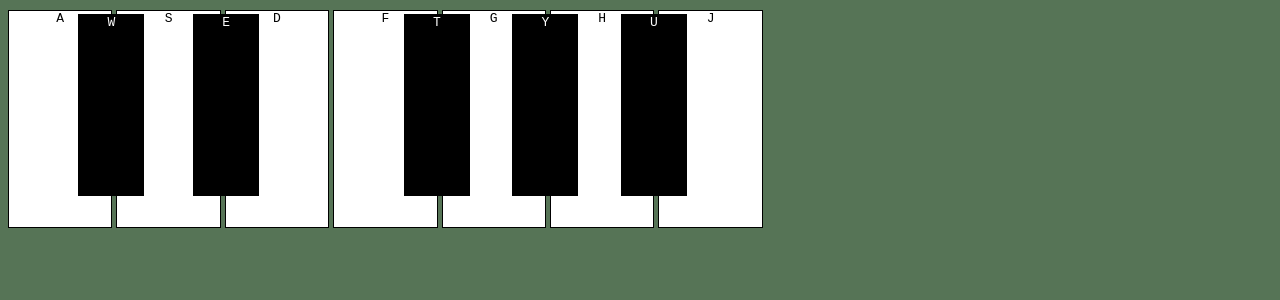
Repository: ctcoleman/Virtual-Piano
Page: index.html
An editor plug-in stored every save of this project. The page is shown before and after a run of saves, followed by the edit.
The browser window is 1280 px wide. The pictures show the whole page.

Above is the page before, as saved 2020-07-20 09:05:33.

After the next 3 saves:
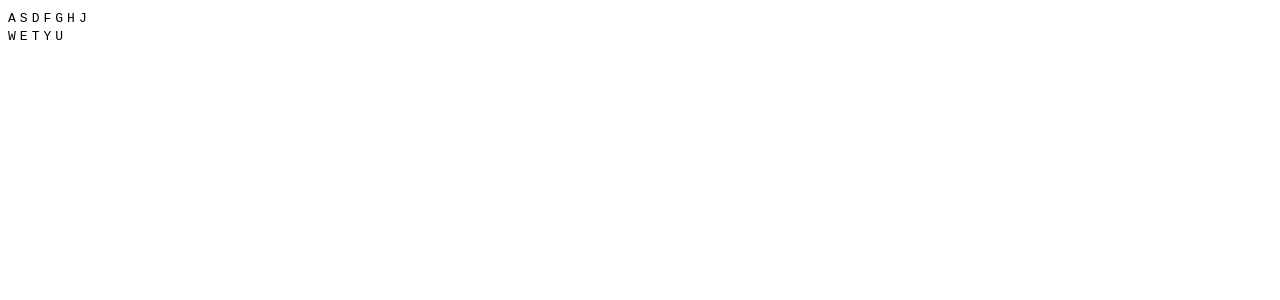
The 3 saves are shown as one change because they came seconds apart.
The last was saved 17 s later.
--- a/index.css
+++ b/index.css
@@ -1,3 +1,4 @@
+/* Basi
 html {
     background: rgba(1, 46, 1, 0.664);
     color: black;

After the 3 saves that followed:
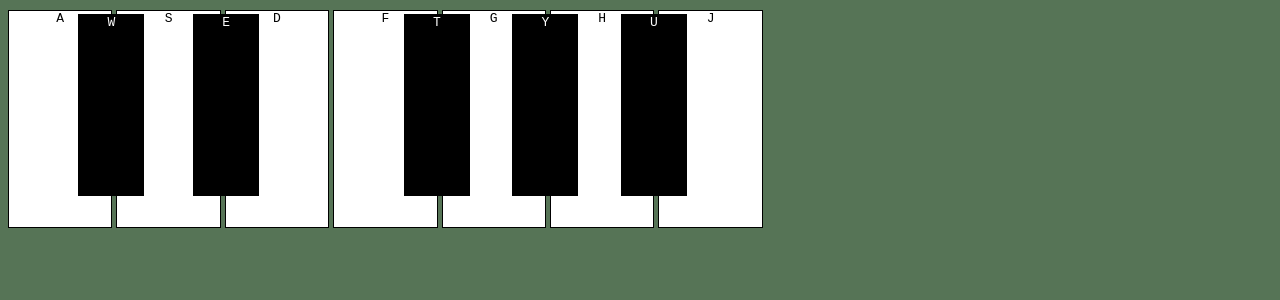
The 3 saves are shown as one change because they came seconds apart.
The last was saved 19 s later.
--- a/index.css
+++ b/index.css
@@ -1,4 +1,6 @@
-/* Basi
+/*
+ * === Basic Styling === *
+ */
 html {
     background: rgba(1, 46, 1, 0.664);
     color: black;
